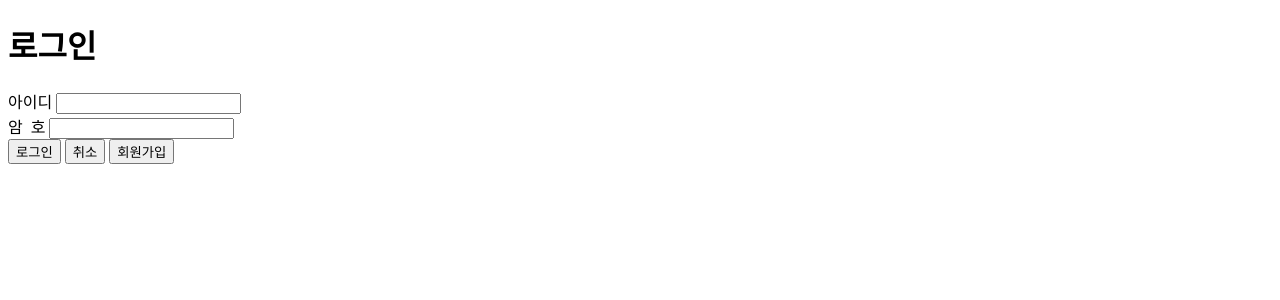
Repository: o3orr/jsp_study
Page: http://localhost/study/login.jsp
An editor plug-in stored every save of this project. The page is shown before and after the next save, followed by the edit.
The browser window is 1280 px wide. The pictures show the whole page.
The page is served by Tomcat 9.

Above is the page before, as saved 2024-03-06 02:20:29.

After the next save:
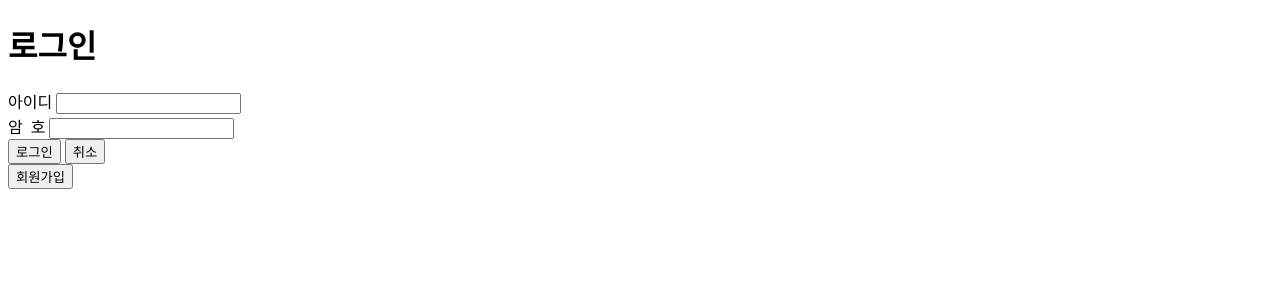
Saved 40 s later.
--- a/study/src/main/webapp/login.jsp
+++ b/study/src/main/webapp/login.jsp
@@ -18,10 +18,11 @@
 		<input type="submit" value="로그인">
 		<input type="reset" value="취소">
 
-		<form action="join.jsp">
-			<input type="button" value="회원가입">
-		</form>
 
 	</form>
+
+		<form action="join.jsp">
+			<input type="button" value="회원가입" >
+		</form>
 </body>
 </html>
